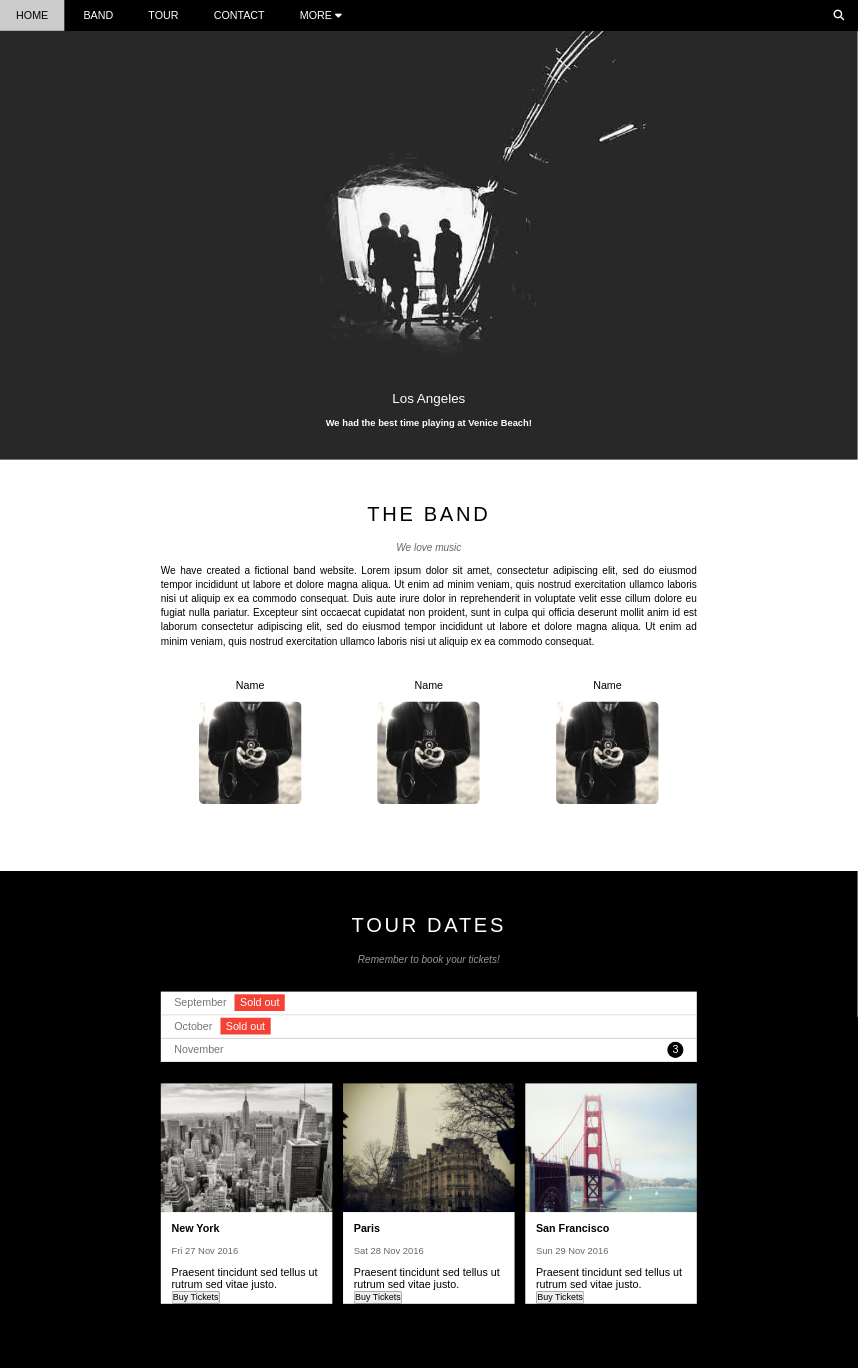
Repository: TranPhucThinh/clone-the-band
Page: index.html
The author's editor kept a copy of each file at every save. The page is drawn from the files as they stood at one save, then again after the next save.
The browser window is 1280 px wide. The pictures show the whole page, at 67% of full size.
Some web libraries are served in a nearby version.

Above is the page before, as saved 2022-08-04 13:49:06.

### index.html
<!DOCTYPE html>
<html lang="en">

<head>
    <meta charset="UTF-8">
    <meta http-equiv="X-UA-Compatible" content="IE=edge">
    <meta name="viewport" content="width=device-width, initial-scale=1.0">

    <title>The Band</title>

    <link rel="stylesheet" href="./assets/style.css">
    <link rel="stylesheet" href="https://cdnjs.cloudflare.com/ajax/libs/font-awesome/6.1.2/css/all.min.css">
</head>

<body>
    <div id="main">

        <div id="header">
            <ul id="nav">
                <li><a href="">Home</a></li>
                <li><a href="">Band</a></li>
                <li><a href="">Tour</a></li>
                <li><a href="">Contact</a></li>
                <li>
                    <a href="">
                        More
                        <i class="fa-solid fa-caret-down"></i>
                    </a>

                    <ul class="subnav">
                        <li><a href="">Merchandise</a></li>
                        <li><a href="">Extras</a></li>
                        <li><a href="">Media</a></li>
                    </ul>
                </li>
            </ul>

            <div class="search-btn">
                <i class="fa-solid fa-magnifying-glass"></i>
            </div>
        </div>

        <div id="slider">
            <div class="text-slider">
                <div class="slider-heading">Los Angeles</div>
                <div class="slider-title">We had the best time playing at Venice Beach!</div>
            </div>
        </div>

        <div id="content">
            <!-- Section About -->
            <div class="section-about">

                <div class="section-content">
                    <p class="title">The band</p>
                    <i class="subtitle">We love music</i>
                    <p class="desc">
                        We have created a fictional band website. Lorem ipsum dolor sit amet, consectetur adipiscing
                        elit,
                        sed
                        do eiusmod tempor incididunt ut labore et dolore magna aliqua. Ut enim ad minim veniam, quis
                        nostrud
                        exercitation ullamco laboris nisi ut aliquip ex ea commodo consequat. Duis aute irure dolor in
                        reprehenderit in voluptate velit esse cillum dolore eu fugiat nulla pariatur. Excepteur sint
                        occaecat
                        cupidatat non proident, sunt in culpa qui officia deserunt mollit anim id est laborum
                        consectetur
                        adipiscing elit, sed do eiusmod tempor incididunt ut labore et dolore magna aliqua. Ut enim ad
                        minim
                        veniam, quis nostrud exercitation ullamco laboris nisi ut aliquip ex ea commodo consequat.
                    </p>
                    <div class="member">
                        <div class="member-1">
                            <p>Name</p>
                            <img src="./assets/imgs/bandmember.jpg" alt="">
                        </div>
                        <div class="member-2">
                            <p>Name</p>
                            <img src="./assets/imgs/bandmember.jpg" alt="">
                        </div>
                        <div class="member-3">
                            <p>Name</p>
                            <img src="./assets/imgs/bandmember.jpg" alt="">
                        </div>
                    </div>
                </div>
            </div>

            <!-- End of Section About -->

            <!-- Section Tour Dates -->
            <div class="tour-date">
                <div class="section-content">
                    <p class="title">Tour dates</p>
                    <i class="subtitle">Remember to book your tickets!</i>

                    <ul class="ticket-state">
                        <li>September<span class="sold-out">Sold out</span></li>
                        <li>October<span class="sold-out">Sold out</span></li>
                        <li>November<span class="quantity">3</span></li>
                    </ul>

                    <div class="places-list">
                        <div class="place-item">
                            <img src="./assets/imgs/newyork.jpg" alt="" class="place-img">
                            <div class="place-content">
                                <p class="place">New York</p>
                                <p class="time">Fri 27 Nov 2016</p>
                                <p class="place-desc">Praesent tincidunt sed tellus ut rutrum sed vitae justo.</p>
                                <button class="buy-ticket-btn">Buy Tickets</button>
                            </div>
                        </div>
                        <div class="place-item">
                            <img src="./assets/imgs/paris.jpg" alt="" class="place-img">
                            <div class="place-content">

                                <p class="place">Paris</p>
                                <p class="time">Sat 28 Nov 2016</p>
                                <p class="place-desc">Praesent tincidunt sed tellus ut rutrum sed vitae justo.</p>
                                <button class="buy-ticket-btn">Buy Tickets</button>
                            </div>
                        </div>
                        <div class="place-item">
                            <img src="./assets/imgs/sanfran.jpg" alt="" class="place-img">
                            <div class="place-content">
                                <p class="place">San Francisco</p>
                                <p class="time">Sun 29 Nov 2016</p>
                                <p class="place-desc">Praesent tincidunt sed tellus ut rutrum sed vitae justo.</p>
                                <button class="buy-ticket-btn">Buy Tickets</button>
                            </div>
                        </div>
                    </div>
                </div>
            </div>
            <!-- End ofSection Tour Dates -->
        </div>

        <div id="footer">

        </div>
    </div>

</body>

</html>

### assets/style.css
* {
  padding: 0;
  margin: 0;
  box-sizing: border-box;
}

html {
  font-family: Arial, Helvetica, sans-serif;
}

/* Header Section */
#header {
  height: 46px;
  background-color: #000;
  position: fixed;
  top: 0;
  right: 0;
  left: 0;
  z-index: 1;
}

#nav {
  display: inline-block;
}

#nav > li {
  display: inline-block;
}

#nav li {
  position: relative;
}

#nav > li > a {
  color: #fff;
  text-transform: uppercase;
}

#nav li a {
  line-height: 46px;
  padding: 0 24px;
  display: inline-block;
  text-decoration: none;
}

#nav > li:hover > a,
.subnav li:hover a {
  color: #000;
  background-color: #ccc;
}

#nav .subnav {
  display: none;
  position: absolute;
  background-color: #fff;
  box-shadow: 0 4px 10px 0 rgb(0 0 0 / 20%), 0 4px 20px 0 rgb(0 0 0 / 19%);
}

#nav li:last-child:hover .subnav {
  display: block;
}

#nav li:last-child:hover .fa-caret-down {
  color: #000;
}

#nav .subnav li {
  list-style-type: none;
}

#nav .subnav a {
  color: #000;
  display: block;
  line-height: 40px;
  padding: 0 32px;
}

#header .fa-solid {
  color: #fff;
}

.search-btn {
  float: right;
  line-height: 46px;
  padding: 0 20px;
}

.search-btn:hover {
  background-color: red;
  cursor: pointer;
}
/* End of Header Section */

/* Slider Section */
#slider {
  background-color: #fff;
  margin-top: 46px;
  padding-top: 50%;
  background: url('/assets/imgs/la.jpg') top center / cover no-repeat;
  position: relative;
}

#slider .text-slider {
  color: #fff;
  text-align: center;
  position: absolute;
  bottom: 47px;
  left: 50%;
  transform: translate(-50%);
}

#slider .slider-heading {
  font-size: 20px;
  margin-bottom: 16px;
}

#slider .slider-title {
  font-size: 14px;
  font-weight: 700;
}
/* End of Slider Section */

/* About Section */
.section-content {
  max-width: 800px;
  margin: 0 auto;
  text-align: center;
  padding: 64px 0;
}

.section-content .title {
  font-size: 30px;
  text-transform: uppercase;
  letter-spacing: 4px;
  margin-bottom: 25px;
}

.section-content .subtitle {
  opacity: 0.6;
  font-size: 15px;
  margin-bottom: 15px;
  display: inline-block;
}

#content .desc {
  text-align: justify;
  font-size: 15px;
  line-height: 1.4;
  margin-bottom: 47px;
}

#content .member {
  display: flex;
  justify-content: space-around;
  margin-bottom: 32px;
}

.member p {
  margin-bottom: 15px;
}

.member img {
  width: 60%;
  border-radius: 8px;
}
/* End of About Section */

/* Tour date Section */
.tour-date {
  background-color: #000;
  color: #fff;
}

.ticket-state {
  text-align: start;
  list-style-type: none;
  margin-top: 25px;
}

.ticket-state li {
  padding: 8px 20px;
  background-color: #fff;
  color: #757575;
  border-bottom: 1px solid #ddd;
}

.ticket-state .sold-out {
  background-color: #f44336;
  color: #fff;
  padding: 4px 8px;
  margin-left: 12px;
}

.ticket-state .quantity {
  float: right;
  color: #fff;
  background-color: #000;
  width: 24px;
  height: 24px;
  text-align: center;
  line-height: 24px;
  border-radius: 50%;
  margin-top: -3px;
}

.places-list {
  padding: 32px 0;
  display: flex;
  margin: 0 -8px;
}

.place-item {
  width: 33.33%;
  padding: 0 8px;
}

.place-item img {
  width: 100%;
  display: block;
}

.place-content {
  background-color: #fff;
  color: #000;
  text-align: start;
  padding: 0 16px;
}

.place-content .place {
  padding: 16px 0;
  font-weight: 700;
}

.place-content .time {
  opacity: 0.6;
  font-size: 14px;
  margin-bottom: 16px;
}
/* End of Tour date Section */

After the next save:
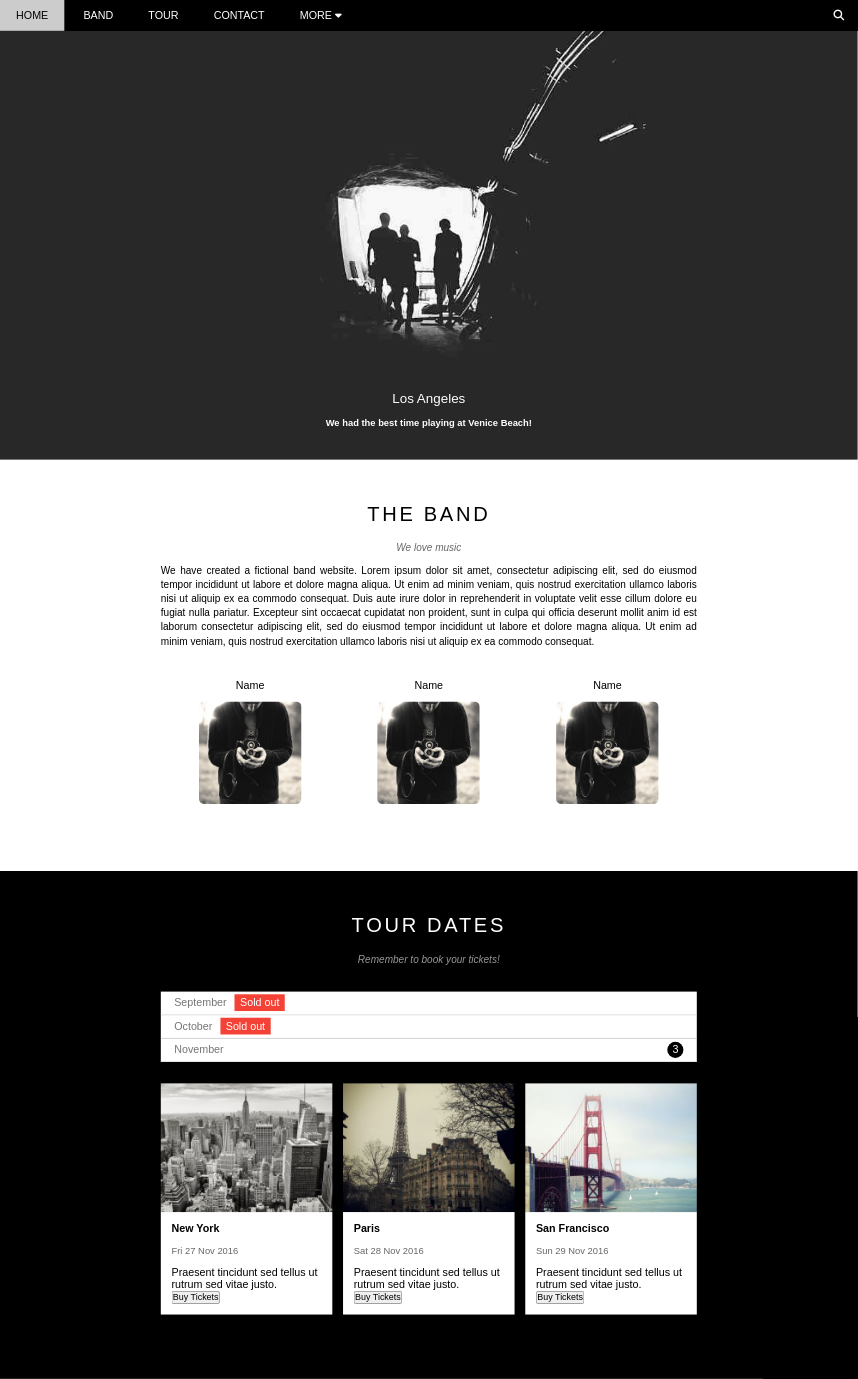
Saved 32 s later.
--- a/assets/style.css
+++ b/assets/style.css
@@ -223,11 +223,11 @@ html {
   background-color: #fff;
   color: #000;
   text-align: start;
-  padding: 0 16px;
+  padding: 16px;
 }
 
 .place-content .place {
-  padding: 16px 0;
+  margin-bottom: 16px;
   font-weight: 700;
 }
 
